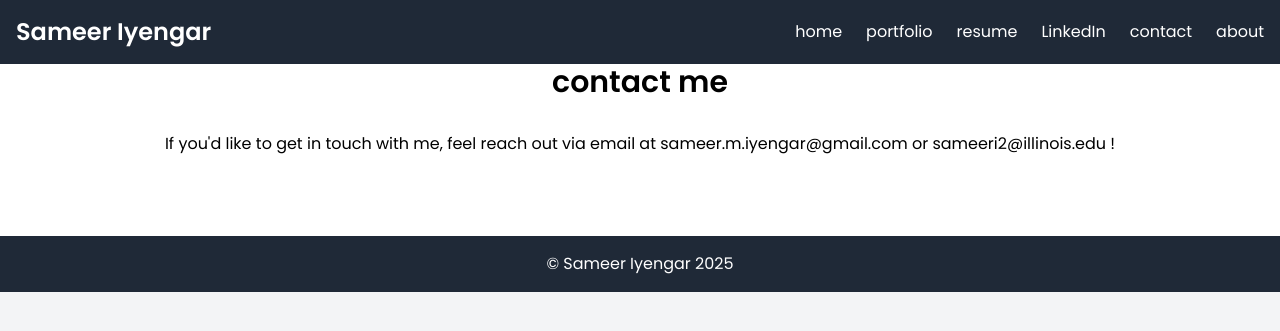
Repository: siyengar04/siyengar04.github.io
Page: contact.html
The author's editor kept a copy of each file at every save. The page is drawn from the files as they stood at one save, then again after the next save.
The browser window is 1280 px wide. The pictures show the whole page.
Some web libraries are served in a nearby version.

Above is the page before, as saved 2025-06-26 18:07:26.

### contact.html
<!DOCTYPE html>
<html lang="en">

<head>
    <meta charset="UTF-8">
    <meta name="viewport" content="width=device-width, initial-scale=1.0">
    <meta property="og:image" content="/images/profile.jpg">
    <meta property="og:image:type" content="image/jpg">
    <meta name="description" content="student, innovator, engineer" />
    <meta property="og:title" content="Sameer Iyengar">
    <meta property="og:description" content="student, innovator, engineer">

    <title>Sameer Iyengar</title>
    <script src="https://cdn.tailwindcss.com"></script>
    <link href="https://fonts.googleapis.com/css2?family=Poppins:wght@300;400;600&display=swap" rel="stylesheet">
    <style>
        body {
            font-family: 'Poppins', sans-serif;
        }
    </style>
</head>

<body class="bg-gray-100">
    <header class="fixed top-0 z-10 w-full py-4 text-white bg-gray-800">
        <div class="container flex items-center justify-between px-4 mx-auto">
            <h1 class="text-2xl font-semibold">Sameer Iyengar</h1>
            <div class="md:hidden">
                <button id="nav-toggle" class="text-white focus:outline-none">
                    <svg xmlns="http://www.w3.org/2000/svg" class="w-6 h-6" fill="none" viewBox="0 0 24 24" stroke="currentColor">
                        <path stroke-linecap="round" stroke-linejoin="round" stroke-width="2" d="M4 6h16M4 12h16m-7 6h7" />
                    </svg>
                </button>
            </div>
            <nav id="nav-menu" class="hidden md:flex md:space-x-6">
                <ul class="flex flex-col space-y-4 md:flex-row md:space-y-0 md:space-x-6">
                    <li><a href="index.html" class="hover:text-gray-400">home</a></li>
                    <li><a href="/portfolio.html" class="hover:text-gray-400">portfolio</a></li>
                    <li><a href="/resume.html" class="hover:text-gray-400">resume</a></li>
                    <li><a href="https://www.linkedin.com/in/sameer-iyengar/" class="hover:text-gray-400">LinkedIn</a></li>
                    <li><a href="/contact.html" class="hover:text-gray-400">contact</a></li>
                    <li><a href="/about.html" class="hover:text-gray-400">about</a></li>
                </ul>
            </nav>
        </div>
    </header>


    <section id="contact" class="py-16 bg-white contact">
        <div class="container px-4 mx-auto text-center">
            <h2 class="mb-8 text-3xl font-bold">contact me</h2>
            <p class="mb-4">If you'd like to get in touch with me, feel reach out via email at<a href= "mailto: sameer.m.iyengar@gmail.com"> sameer.m.iyengar@gmail.com </a> or <a href= "mailto: sameeri2@illinois.edu"> sameeri2@illinois.edu </a>!</p>

        </div>
    </section>

    <footer class="py-4 text-center text-white bg-gray-800">
        <div class="container mx-auto">
            <p>&copy; Sameer Iyengar 2025</p>
        </div>
    </footer>

    <script>
        const navToggle = document.getElementById('nav-toggle');
        const navMenu = document.getElementById('nav-menu');

        navToggle.addEventListener('click', () => {
            navMenu.classList.toggle('hidden');
        });
    </script>
</body>

</html>

After the next save:
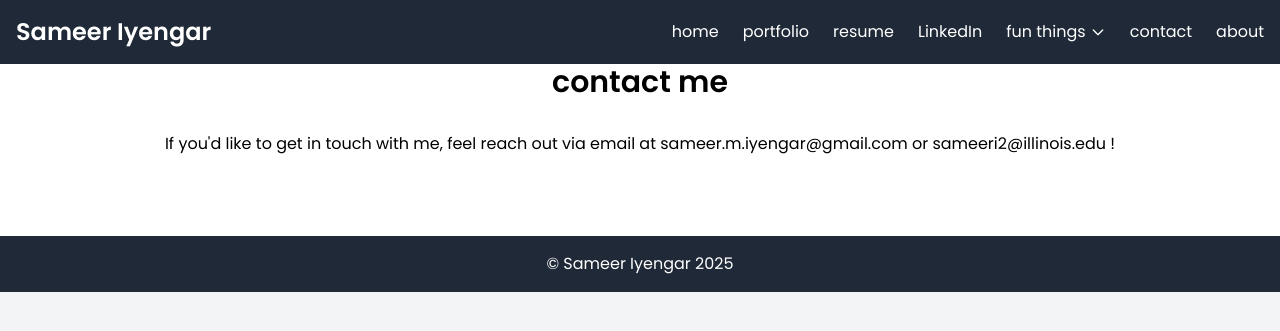
Saved 4 s later.
--- a/contact.html
+++ b/contact.html
@@ -21,7 +21,7 @@
 </head>
 
 <body class="bg-gray-100">
-    <header class="fixed top-0 z-10 w-full py-4 text-white bg-gray-800">
+       <header class="fixed top-0 z-10 w-full py-4 text-white bg-gray-800">
         <div class="container flex items-center justify-between px-4 mx-auto">
             <h1 class="text-2xl font-semibold">Sameer Iyengar</h1>
             <div class="md:hidden">
@@ -37,6 +37,23 @@
                     <li><a href="/portfolio.html" class="hover:text-gray-400">portfolio</a></li>
                     <li><a href="/resume.html" class="hover:text-gray-400">resume</a></li>
                     <li><a href="https://www.linkedin.com/in/sameer-iyengar/" class="hover:text-gray-400">LinkedIn</a></li>
+
+                    <!-- Fun Things Dropdown -->
+                    <li class="relative dropdown">
+                        <button class="flex items-center hover:text-gray-400 focus:outline-none">
+                            fun things
+                            <svg xmlns="http://www.w3.org/2000/svg" class="w-4 h-4 ml-1" fill="none" viewBox="0 0 24 24" stroke="currentColor">
+                                <path stroke-linecap="round" stroke-linejoin="round" stroke-width="2" d="M19 9l-7 7-7-7" />
+                            </svg>
+                        </button>
+                        <div class="absolute z-20 hidden w-48 py-1 mt-2 bg-gray-700 rounded-md shadow-lg dropdown-menu">
+                            <a href="/cat-gallery.html" class="block px-4 py-2 hover:bg-gray-600">eva!!</a>
+                            <!-- <a href="/travel-photos.html" class="block px-4 py-2 hover:bg-gray-600">Travel Photos</a>
+                            <a href="/hobbies.html" class="block px-4 py-2 hover:bg-gray-600">My Hobbies</a>
+                            <a href="/fun-facts.html" class="block px-4 py-2 hover:bg-gray-600">Fun Facts</a> -->
+                        </div>
+                    </li>
+
                     <li><a href="/contact.html" class="hover:text-gray-400">contact</a></li>
                     <li><a href="/about.html" class="hover:text-gray-400">about</a></li>
                 </ul>
